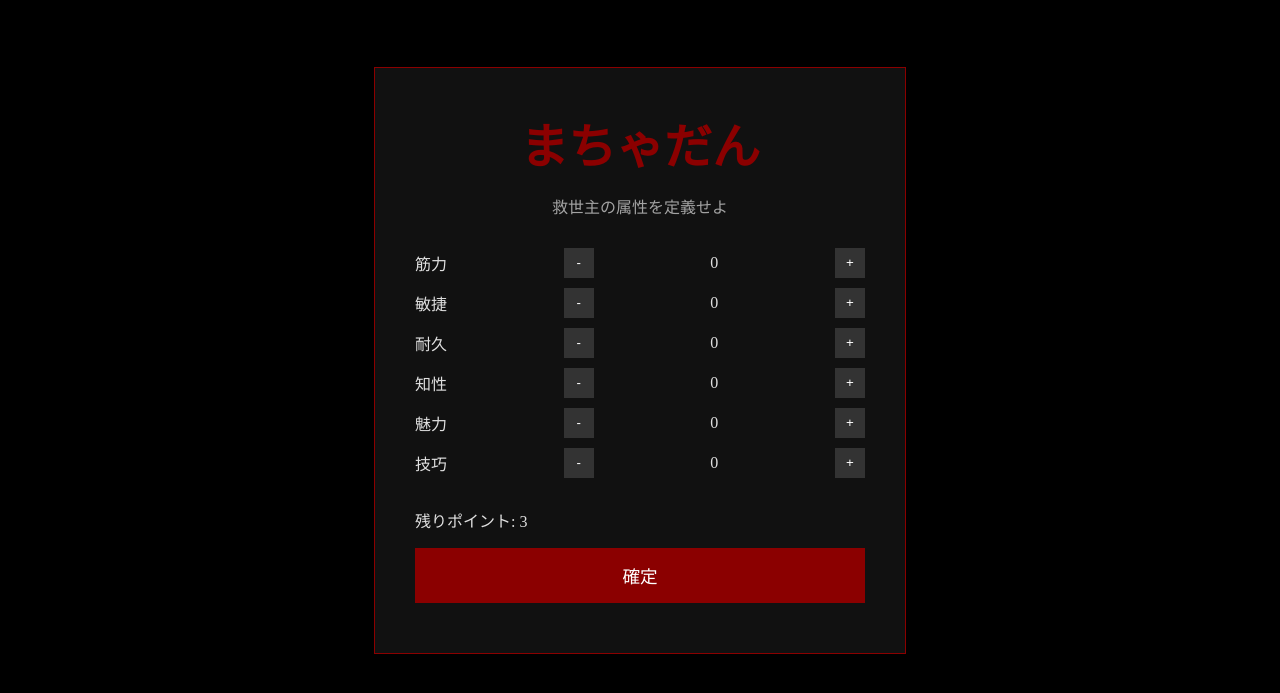
Repository: chatgdpkuesuto-sys/quest-rpg
Page: 00_Dashboard/index.html
These files come from the project's save history. The page is drawn as it stood at one moment and after the next save; the edit follows.
The browser window is 1280 px wide. The pictures show the whole page.
Some web fonts or font styles are not loaded; a fallback is used.

Above is the page before, as saved 2026-02-20 12:53:58.

After the next save:
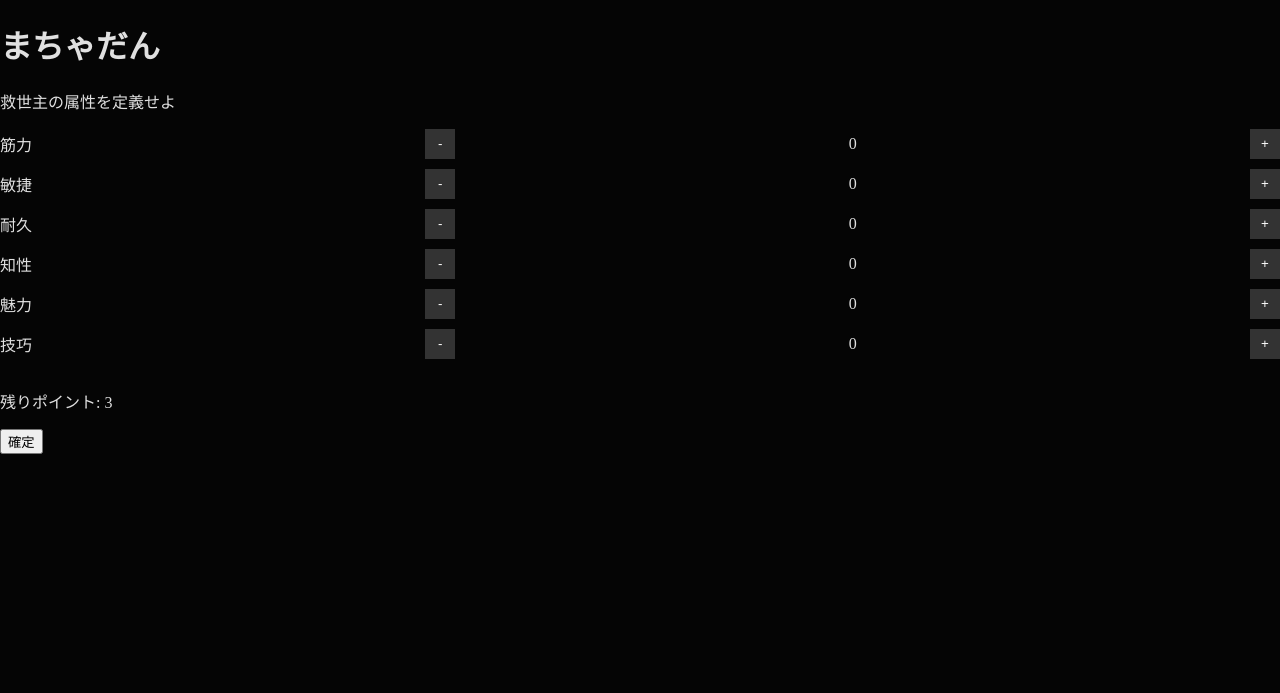
Saved 4 min 27 s later.
--- a/00_Dashboard/index.html
+++ b/00_Dashboard/index.html
@@ -4,94 +4,46 @@
 <head>
     <meta charset="UTF-8">
     <meta name="viewport" content="width=device-width, initial-scale=1.0">
-    <title>MACHADUN - Dark Fantasy TRPG Engine</title>
+    <title>MACHADUN - 救世主メイキング</title>
+    <link href="https://fonts.googleapis.com/css2?family=Shippori+Mincho:wght@400;700;800&display=swap"
+        rel="stylesheet">
     <link rel="stylesheet" href="style.css">
-    <link href="https://fonts.googleapis.com/css2?family=Shippori+Mincho:wght@400;500;700;800&display=swap"
-        rel="stylesheet">
 </head>
 
 <body>
-    <!-- 初期設定オーバーレイ -->
-    <div id="init-overlay">
-        <!-- 主人公メイキング -->
-        <div class="init-dialog" id="stat-dialog">
-            <h1 class="init-title">まちゃだん</h1>
-            <p class="init-sub">救世主の属性を定義せよ</p>
+    <div id="screen">
+        <!-- ステータス画面 -->
+        <div id="stat-screen">
+            <h1>まちゃだん</h1>
+            <p class="sub">救世主の属性を定義せよ</p>
             <div class="stat-grid">
-                <div class="stat-row"><span>筋力</span> <button onclick="window.adjStat('power', -1)">-</button><span
-                        id="val-power">0</span><button onclick="window.adjStat('power', 1)">+</button></div>
-                <div class="stat-row"><span>敏捷</span> <button onclick="window.adjStat('speed', -1)">-</button><span
-                        id="val-speed">0</span><button onclick="window.adjStat('speed', 1)">+</button></div>
-                <div class="stat-row"><span>耐久</span> <button onclick="window.adjStat('tough', -1)">-</button><span
-                        id="val-tough">0</span><button onclick="window.adjStat('tough', 1)">+</button></div>
-                <div class="stat-row"><span>知性</span> <button onclick="window.adjStat('mind', -1)">-</button><span
-                        id="val-mind">0</span><button onclick="window.adjStat('mind', 1)">+</button></div>
-                <div class="stat-row"><span>魅力</span> <button onclick="window.adjStat('charm', -1)">-</button><span
-                        id="val-charm">0</span><button onclick="window.adjStat('charm', 1)">+</button></div>
-                <div class="stat-row"><span>技巧</span> <button onclick="window.adjStat('skill', -1)">-</button><span
-                        id="val-skill">0</span><button onclick="window.adjStat('skill', 1)">+</button></div>
+                <div class="stat-row"><span>筋力</span><button onclick="adj('power',-1)">-</button><span
+                        id="val-power">0</span><button onclick="adj('power',1)">+</button></div>
+                <div class="stat-row"><span>敏捷</span><button onclick="adj('speed',-1)">-</button><span
+                        id="val-speed">0</span><button onclick="adj('speed',1)">+</button></div>
+                <div class="stat-row"><span>耐久</span><button onclick="adj('tough',-1)">-</button><span
+                        id="val-tough">0</span><button onclick="adj('tough',1)">+</button></div>
+                <div class="stat-row"><span>知性</span><button onclick="adj('mind',-1)">-</button><span
+                        id="val-mind">0</span><button onclick="adj('mind',1)">+</button></div>
+                <div class="stat-row"><span>魅力</span><button onclick="adj('charm',-1)">-</button><span
+                        id="val-charm">0</span><button onclick="adj('charm',1)">+</button></div>
+                <div class="stat-row"><span>技巧</span><button onclick="adj('skill',-1)">-</button><span
+                        id="val-skill">0</span><button onclick="adj('skill',1)">+</button></div>
             </div>
-            <p class="init-hint">残りポイント: <span id="remaining-points">3</span></p>
-            <button class="char-btn" style="width:100%" onclick="window.confirmStats()">確定</button>
+            <p>残りポイント: <span id="remaining">3</span></p>
+            <button id="confirm-btn" onclick="confirmStats()">確定</button>
         </div>
 
-        <!-- ターゲット選択 -->
-        <div class="init-dialog" id="target-dialog" style="display:none">
-            <h1 class="init-title">まちゃだん</h1>
-            <p class="init-sub">契約するヒロインを選択せよ</p>
-            <div class="char-select-grid">
-                <button class="char-btn" onclick="window.startGame('Aria', 'アリア')">アリア</button>
-                <button class="char-btn" onclick="window.startGame('Zena', 'ゼナ')">ゼナ</button>
-                <button class="char-btn" onclick="window.startGame('Elara', 'エララ')">エララ</button>
-                <button class="char-btn" onclick="window.startGame('Elize', 'エリーゼ')">エリーゼ</button>
-                <button class="char-btn" onclick="window.startGame('Yuni', 'ユニ')">ユニ</button>
-                <button class="char-btn" onclick="window.startGame('Mia', 'ミア')">ミア</button>
-            </div>
-            <button class="char-btn back-btn" style="width:100%; opacity:0.5" onclick="window.backToStats()">戻る</button>
+        <!-- 結果画面 (確定後に表示) -->
+        <div id="result-screen" style="display:none">
+            <h1>魂の器、確定</h1>
+            <div id="result-text"></div>
+            <p id="result-voice-status"></p>
         </div>
     </div>
 
-    <!-- メイン背景 -->
-    <div id="bg-container"></div>
-    <div id="vignette"></div>
-
-    <!-- UI -->
-    <div id="ui-layer">
-        <div id="character-info-panel">
-            <h2 id="char-name">Wait for selection...</h2>
-            <div id="char-attributes"></div>
-        </div>
-
-        <div id="status-panel">
-            <div class="status-bar-container"><span class="status-label">快感</span>
-                <div class="progress-bar">
-                    <div id="arousal-fill" class="progress-fill arousal"></div>
-                </div>
-            </div>
-            <div class="status-bar-container"><span class="status-label">絶望</span>
-                <div class="progress-bar">
-                    <div id="despair-fill" class="progress-fill despair"></div>
-                </div>
-            </div>
-        </div>
-
-        <div id="monologue-container"></div>
-
-        <div id="dialogue-box">
-            <div id="dialogue-name"></div>
-            <div id="dialogue-text"></div>
-        </div>
-
-        <div id="choice-container"></div>
-    </div>
-
-    <!-- インタラクション層 (クリック取得) -->
-    <div id="interaction-layer"></div>
-
     <audio id="voice-player" preload="auto"></audio>
-
     <script src="js/engine.js"></script>
-    <script src="js/interaction.js"></script>
 </body>
 
 </html>
